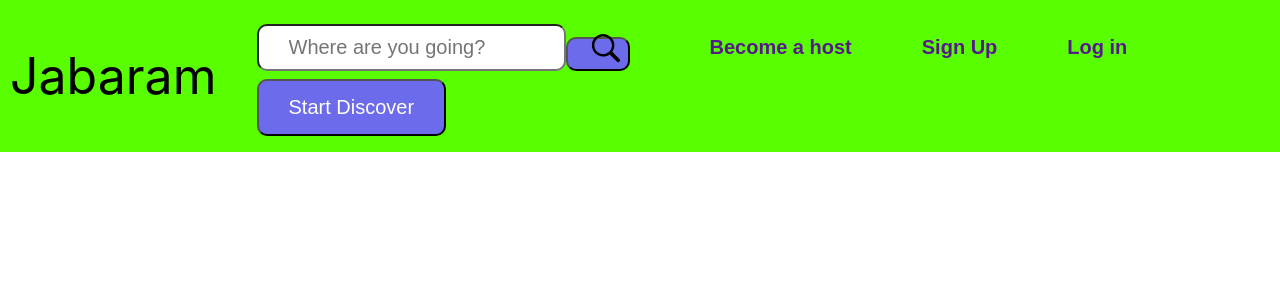
Repository: manahiang/Jabaram-web
Page: / (app in src/)
These files come from the project's save history. The page is drawn as it stood at one moment and after a run of saves; the edit follows.
The browser window is 1280 px wide. The pictures show the whole page.
The project was rebuilt for these pictures with package versions that can differ from the ones it lists, and the page was loaded fresh each time. Also part of the build but not shown: src/src/App.css.

Above is the page before, as saved 2022-11-30 10:04:10.

### src/src/index.css
body {
  margin: 0;
  padding: 0;
  font-family: -apple-system, BlinkMacSystemFont, 'Segoe UI', 'Roboto', 'Oxygen',
    'Ubuntu', 'Cantarell', 'Fira Sans', 'Droid Sans', 'Helvetica Neue',
    sans-serif;
  -webkit-font-smoothing: antialiased;
  -moz-osx-font-smoothing: grayscale;
}

code {
  font-family: source-code-pro, Menlo, Monaco, Consolas, 'Courier New',
    monospace;
}
.container{
  width: 100%;
  height: auto;
  background-color: rgb(227, 212, 194);
}
.header{
  max-width: 1780px;
  height: auto;
  background-color: rgb(89, 255, 0);
  margin: auto;
  display: flex;
  align-items: center;
  justify-content:space-between
}
.header ul li{
  display: inline-block;
  padding: 20px;
  margin-left: 20px;
  transition: all 0.5s;
}
.header ul li a{
  text-decoration: none;
  font-size: 20px;
  font-family:Arial, Helvetica, sans-serif;
  font-weight: 800;
 transition: all 0.5s;
 margin-left: 10px;
}
.header ul li:hover {
  color: rgb(41, 34, 34);
  background-color: rgb(195, 173, 173);
  border-radius: 10px;
}
.menu input{
  padding: 10px;
  outline: none;
  border-radius: 10px;
  padding-left: 30px;
  font-size: 20px;
}
.menu ul   button{
  font-size: 20px;
  background-color: rgb(107, 107, 235);
  color: white;
  padding: 15px;
  padding-left: 30px;
  padding-right: 30px;
  border-radius: 10px;
  outline: none;
  cursor: pointer;
}
.icon-search-Go{
  transform: translate(-40px,10px);
  transition: all 0.6s;
  font-size: 30px;
}
.icon-search-Go:hover{
  cursor: pointer;
  color: rgb(52, 49, 49);
}
/* Logo */

.logo{
  margin-left: 10px;
  font-size: 50px;
  cursor: pointer;
}

### src/src/App.js

import './App.css';
import'./index.css';
import Header from './header';

function App() {
  return (
    <>
    <Header/>
    </>
  );
}

export default App;

### src/src/header.js
import React from 'react'
import { GoSearch } from "react-icons/go";

function Header() {
    return (
        <div className='container'>
            <div className='header'>
                <div className='logo'>Jabaram</div>
                <div className='menu'>
                    <ul>
                        <input placeholder='Where are you going?' />
                        <button></button><GoSearch className='icon-search-Go'/>
                        <li><a href=''>Become a host</a></li>
                        <li><a href=''>Sign Up</a></li>
                        <li><a href=''>Log in</a></li>
                        <button>Start Discover</button>
                    </ul>
                </div>
            </div>
        </div>
    )
}

export default Header

Loaded but not shown: src/public/index.html (common file); src/src/index.js (common file); src/src/reportWebVitals.js (common file)

After the next 2 saves:
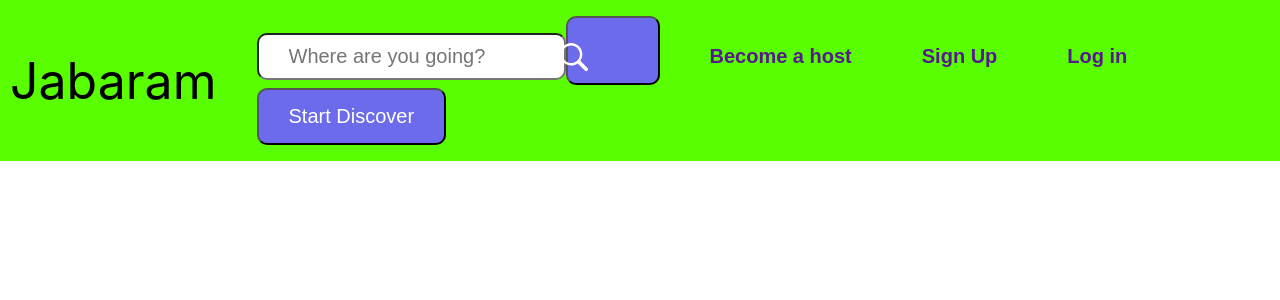
The 2 saves are shown as one change because they came seconds apart.
The last was saved 7 s later.
--- a/src/src/header.js
+++ b/src/src/header.js
@@ -9,7 +9,7 @@ function Header() {
                 <div className='menu'>
                     <ul>
                         <input placeholder='Where are you going?' />
-                        <button></button><GoSearch className='icon-search-Go'/>
+                        <button><GoSearch className='icon-search-Go'/></button>
                         <li><a href=''>Become a host</a></li>
                         <li><a href=''>Sign Up</a></li>
                         <li><a href=''>Log in</a></li>
